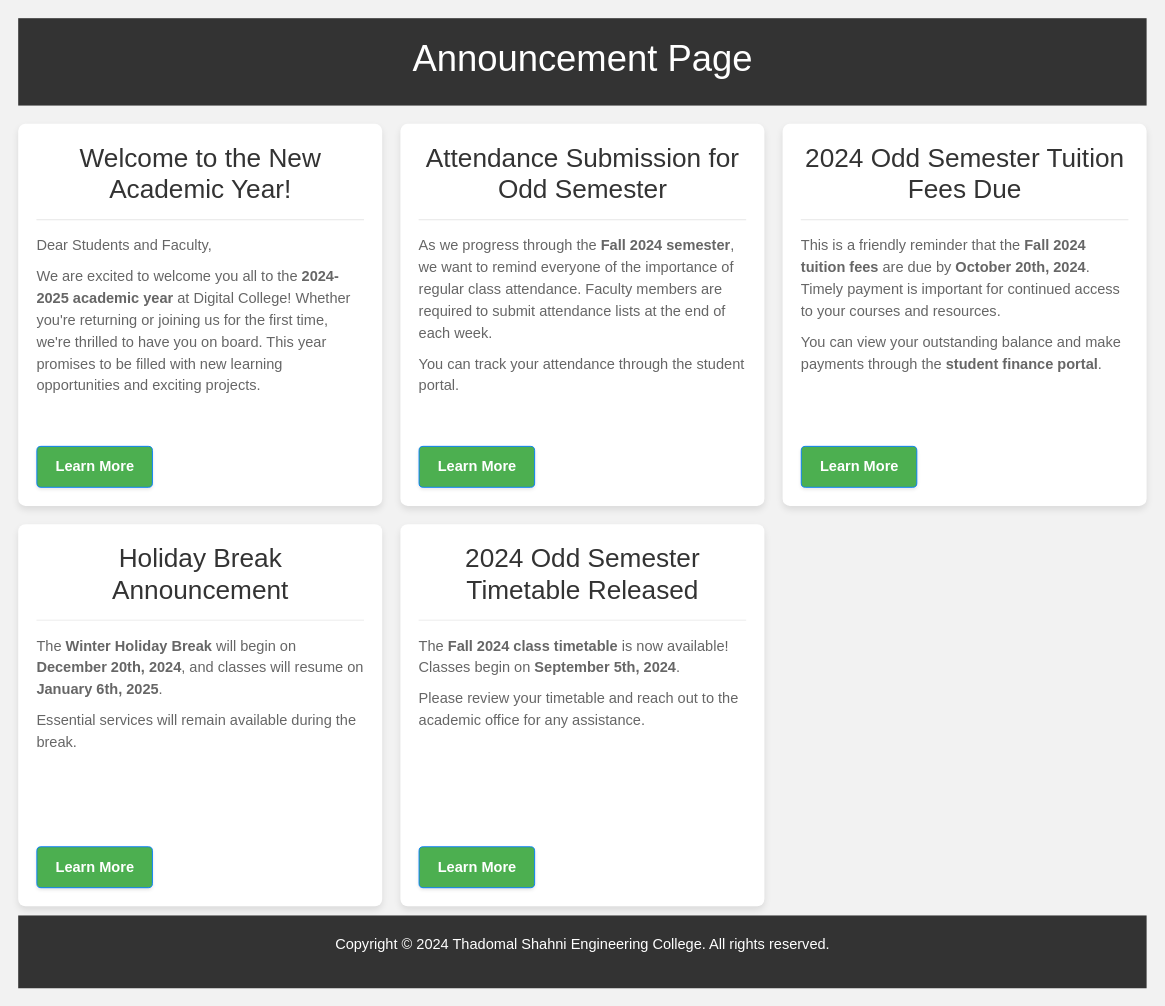
Repository: TejasS1233/MINITHON-hackathon-project
Page: annoucementpage.html
An editor plug-in stored every save of this project. The page is shown before and after the next save, followed by the edit.
The browser window is 1280 px wide. The pictures show the whole page, at 91% of full size.

Above is the page before, as saved 2024-09-20 11:30:48.

### annoucementpage.html
<!DOCTYPE html>
<html lang="en">
<head>
    <meta charset="UTF-8">
    <meta name="viewport" content="width=device-width, initial-scale=1.0">
    <meta http-equiv="X-UA-Compatible" content="ie=edge">
    <title>Announcement Page</title>
    <link rel="stylesheet" href="https://stackpath.bootstrapcdn.com/bootstrap/4.5.2/css/bootstrap.min.css">
    <link rel="stylesheet" href="announcementpage.css"> <!-- Your custom styles -->
</head>
<body>
    <!-- <nav class="navbar navbar-expand-lg navbar-light bg-light">
        <a class="navbar-brand" href="#">Digital College</a>
        <button class="navbar-toggler" type="button" data-toggle="collapse" data-target="#navbarSupportedContent" aria-controls="navbarSupportedContent" aria-expanded="false" aria-label="Toggle navigation">
            <span class="navbar-toggler-icon"></span>
        </button>

        <div class="collapse navbar-collapse" id="navbarSupportedContent">
            <ul class="navbar-nav mr-auto">
                <li class="nav-item active">
                    <a class="nav-link" href="#">Home <span class="sr-only">(current)</span></a>
                </li>
                <li class="nav-item">
                    <a class="nav-link" href="#">About</a>
                </li>
                <li class="nav-item dropdown">
                    <a class="nav-link dropdown-toggle" href="#" id="navbarDropdown" role="button" data-toggle="dropdown" aria-haspopup="true" aria-expanded="false">
                        Resources
                    </a>
                    <div class="dropdown-menu" aria-labelledby="navbarDropdown">
                        <a class="dropdown-item" href="#">Action</a>
                        <a class="dropdown-item" href="#">Another action</a>
                        <div class="dropdown-divider"></div>
                        <a class="dropdown-item" href="#">Something else here</a>
                    </div>
                </li>
                <li class="nav-item">
                    <a class="nav-link disabled" href="#" tabindex="-1" aria-disabled="true">Contact</a>
                </li>
            </ul>
            <div class="navbar-text">
                <span class="user-info">Welcome, [User's Name]</span>
                <a href="#" class="btn btn-outline-danger btn-sm ml-3">Logout</a>
            </div>
        </div>
    </nav> -->

    <div class="announcement-heading text-center">
        <h1>Announcement Page</h1>
    </div>

    <div class="announcement-grid">
        <div class="announcement">
            <h2>Welcome to the New Academic Year!</h2>
            <hr>
            <p>Dear Students and Faculty,</p>
            <p>We are excited to welcome you all to the <strong>2024-2025 academic year</strong> at Digital College!
            Whether you're returning or joining us for the first time, we're thrilled to have you on board.
            This year promises to be filled with new learning opportunities and exciting projects.</p>
            <a href="Welcome-Note.pdf" target="_blank" class="cta-button btn btn-primary">Learn More</a>
        </div>
        <div class="announcement">
            <h2>Attendance Submission for Odd Semester</h2>
            <hr>
            <p>As we progress through the <strong>Fall 2024 semester</strong>, we want to remind everyone of the importance of regular class attendance.
            Faculty members are required to submit attendance lists at the end of each week.</p>
            <p>You can track your attendance through the student portal.</p>
            <a href="FE-2024-25-ATTENDACE-LIST-1.pdf" target="_blank" class="cta-button btn btn-primary">Learn More</a>
        </div>
        <div class="announcement">
            <h2>2024 Odd Semester Tuition Fees Due</h2>
            <hr>
            <p>This is a friendly reminder that the <strong>Fall 2024 tuition fees</strong> are due by <strong>October 20th, 2024</strong>.
            Timely payment is important for continued access to your courses and resources.</p>
            <p>You can view your outstanding balance and make payments through the <strong>student finance portal</strong>.</p>
            <a href="TSEC-FEES-2024-25.pdf" target="_blank" class="cta-button btn btn-primary">Learn More</a>
        </div>
        <div class="announcement">
            <h2>Holiday Break Announcement</h2>
            <hr>
            <p>The <strong>Winter Holiday Break</strong> will begin on <strong>December 20th, 2024</strong>, and classes will resume on <strong>January 6th, 2025</strong>.</p>
            <p>Essential services will remain available during the break.</p>
            <a href="Public_Holidays_2024.pdf" target="_blank" class="cta-button btn btn-primary">Learn More</a>
        </div>
        <div class="announcement">
            <h2>2024 Odd Semester Timetable Released</h2>
            <hr>
            <p>The <strong>Fall 2024 class timetable</strong> is now available! Classes begin on <strong>September 5th, 2024</strong>.</p>
            <p>Please review your timetable and reach out to the academic office for any assistance.</p>
            <a href="Sem1-TT.pdf" target="_blank" class="cta-button btn btn-primary">Learn More</a>
        </div>
    </div>

    <footer class="text-center">
        <p>Copyright &copy; 2024 Thadomal Shahni Engineering College. All rights reserved.</p>
    </footer>

    <!-- <script src="https://code.jquery.com/jquery-3.5.1.slim.min.js"></script>
    <script src="https://cdn.jsdelivr.net/npm/@popperjs/core@2.9.2/dist/umd/popper.min.js"></script>
    <script src="https://stackpath.bootstrapcdn.com/bootstrap/4.5.2/js/bootstrap.min.js"></script> -->
</body>
</html>

### announcementpage.css

* {
    margin: 0;
    padding: 0;
    box-sizing: border-box;
}


body {
    font-family: 'Arial', sans-serif;
    background-color: #f2f2f2;
    color: #333;
    padding: 20px;
}

.announcement-heading {
    background-color: #333;
    color: #fff;
    padding: 20px 0;
    text-align: center;
    margin-bottom: 20px;
}


.announcement-grid {
    display: grid;
    grid-template-columns: repeat(auto-fit, minmax(400px, 1fr));
    gap: 20px;
    margin-bottom: 10px;
}


.announcement {
    background-color: #fff;
    padding: 20px;
    border-radius: 8px; /* Rounded corners */
    box-shadow: 0 4px 8px rgba(0, 0, 0, 0.1);
    height: 420px;
    position: relative;
}

.announcement h2 {
    font-size: 1.8em;
    margin-bottom: 10px;
    color: #333;
    text-align: center;
}

.announcement p {
    font-size: 1em;
    margin-bottom: 10px;
    color: #666;
}

.cta-button {
    display: inline-block;
    background-color: #4CAF50;
    color: #fff;
    padding: 10px 20px;
    text-decoration: none;
    border-radius: 5px;
    margin-top: 10px;
    font-weight: bold;
    transition: background-color 0.3s ease;
    box-shadow: 0 2px 4px rgba(0, 0, 0, 0.1);
    position: absolute;
    bottom: 20px;
    overflow: hidden;
    text-align: center;
}

.cta-button:hover {
    background-color: #45a049;
    cursor: pointer;
}

footer {
    text-align: center;
    padding: 20px 0;
    background-color: #333;
    color: #fff;
    position: relative;
    width: 100%;
}

After the next save:
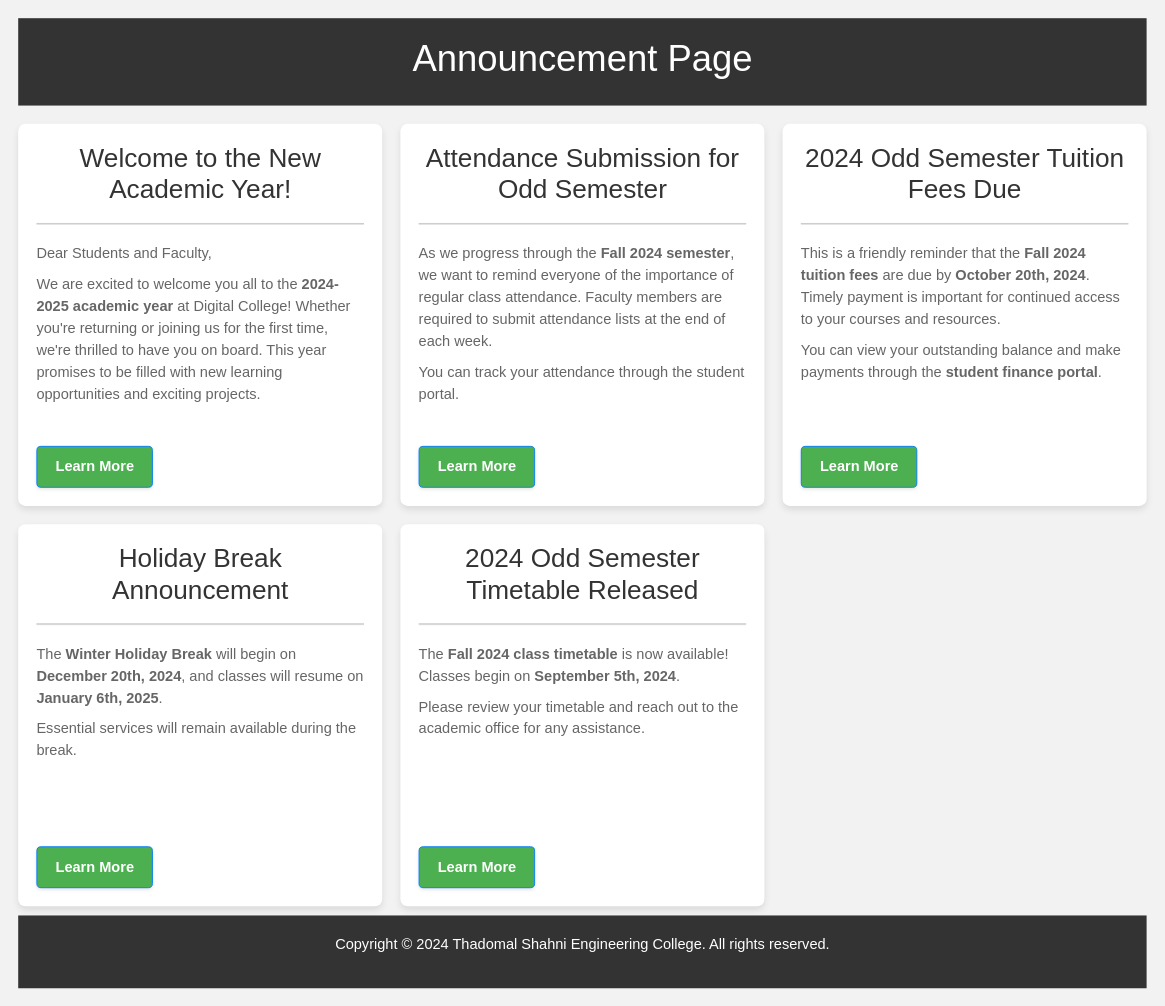
Saved 5 s later.
--- a/announcementpage.css
+++ b/announcementpage.css
@@ -46,6 +46,13 @@
     text-align: center;
 }
 
+.announcement hr{
+    width: 100%;
+    height: 1px;
+    background-color: #ddd;
+    margin-bottom: 20px;
+    margin-top: 20px;
+}
 .announcement p {
     font-size: 1em;
     margin-bottom: 10px;
